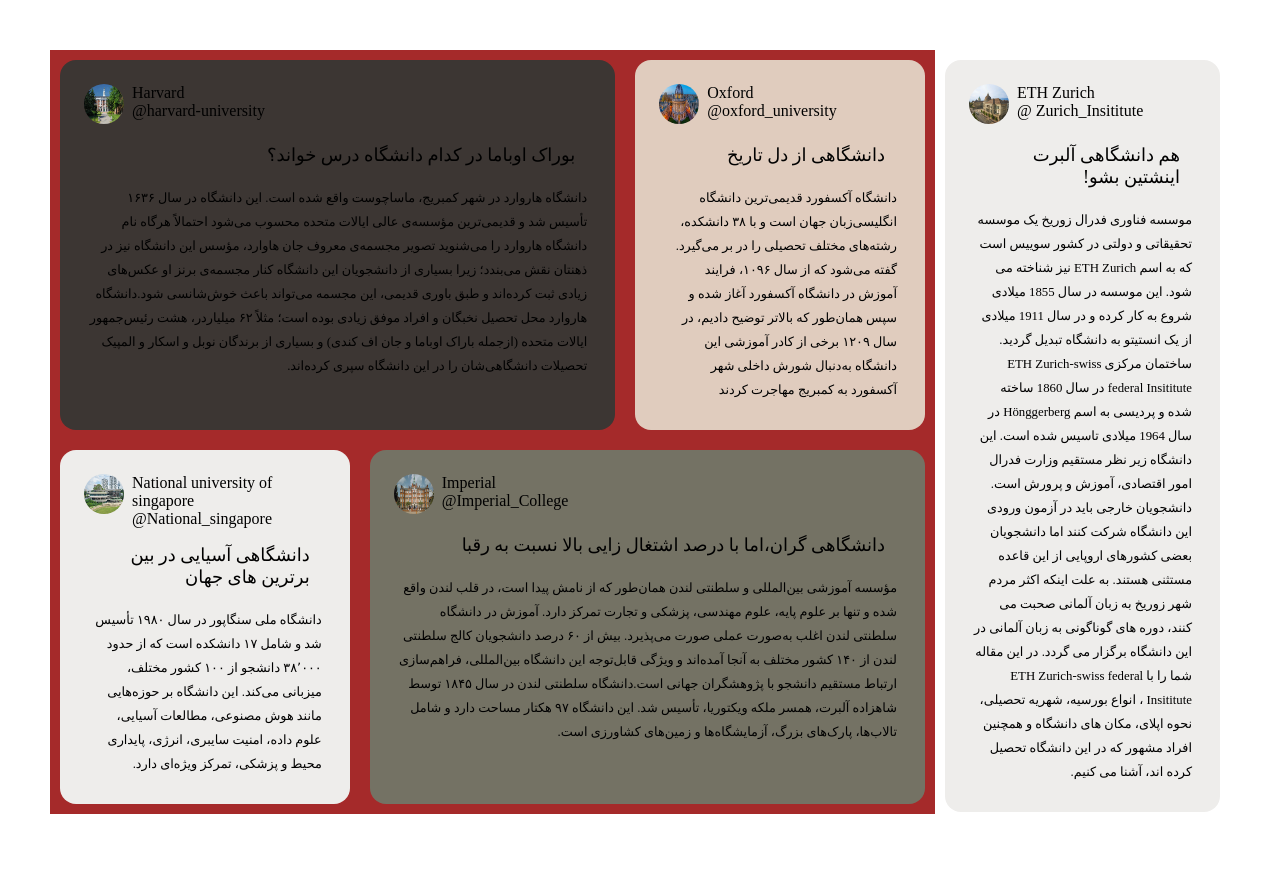
Repository: rahanwz/cards
Page: cards.html
The author's editor kept a copy of each file at every save. The page is drawn from the files as they stood at one save, then again after the next save.
The browser window is 1280 px wide. The pictures show the whole page.

Above is the page before, as saved 2024-02-17 14:59:43.

### cards.html
<!DOCTYPE html>
<html lang="en">
  <head>
    <meta charset="UTF-8" />
    <meta name="viewport" content="width=device-width, initial-scale=1.0" />
    <title>Document</title>
    <link rel="stylesheet" href="cards.css" />
  </head>
  <body>
    <div class="container">
      <div class="boxcard1">
        <div class="cardcontainer big-card">
          <div class="card1">
            <div class="head">
              <div class="profile">
                <div class="profilecontaner">
                  <img
                    src="harvard-university-6591e0b9df73096be8d614ee.webp"
                    alt=""
                  />
                </div>
              </div>

              <div>
                <div class="user">Harvard</div>
                <div class="id">@harvard-university</div>
              </div>
            </div>
            <div class="descrip1">بوراک اوباما در کدام دانشگاه درس خواند؟</div>
            <div class="descrip2">
              دانشگاه هاروارد در شهر کمبریج، ماساچوست واقع شده است. این دانشگاه
              در سال ۱۶۳۶ تأسیس شد و قدیمی‌ترین مؤسسه‌ی عالی ایالات متحده محسوب
              می‌شود احتمالاً هرگاه نام دانشگاه هاروارد را می‌شنوید تصویر
              مجسمه‌ی معروف جان هاوارد، مؤسس این دانشگاه نیز در ذهنتان نقش
              می‌بندد؛ زیرا بسیاری از دانشجویان این دانشگاه کنار مجسمه‌ی برنز او
              عکس‌های زیادی ثبت کرده‌اند و طبق باوری قدیمی، این مجسمه می‌تواند
              باعث خوش‌شانسی شود.دانشگاه هاروارد محل تحصیل نخبگان و افراد موفق
              زیادی بوده است؛ مثلاً ۶۲ میلیاردر، هشت‌ رئیس‌جمهور ایالات متحده
              (ازجمله باراک اوباما و جان اف کندی) و بسیاری از برندگان نوبل و
              اسکار و المپیک تحصیلات دانشگاهی‌شان را در این دانشگاه سپری
              کرده‌اند.
            </div>
          </div>
        </div>

        <div class="cardcontainer small-card">
          <div class="card2">
            <div class="head">
              <div class="profile">
                <div class="profilecontaner">
                  <img
                    src="oxford-university-jpg-6591b422df73096be8d6145c.webp"
                    alt=""
                  />
                </div>
              </div>
              <div>
                <div class="user">Oxford</div>
                <div class="id">@oxford_university</div>
              </div>
            </div>
            <div class="descrip1">دانشگاهی از دل تاریخ</div>
            <div class="descrip2">
              دانشگاه آکسفورد قدیمی‌ترین دانشگاه انگلیسی‌زبان جهان است و با ۳۸
              دانشکده، رشته‌های مختلف تحصیلی را در بر می‌گیرد. گفته می‌شود که از
              سال ۱۰۹۶، فرایند آموزش در دانشگاه آکسفورد آغاز شده و سپس همان‌طور
              که بالاتر توضیح دادیم، در سال ۱۲۰۹ برخی از کادر آموزشی این دانشگاه
              به‌دنبال شورش داخلی شهر آکسفورد به کمبریج مهاجرت کردند
            </div>
          </div>
        </div>

        <div class="cardcontainer small-card">
          <div class="card3">
            <div class="head">
              <div class="profile">
                <div class="profilecontaner">
                  <img src="nus-6591f1acdf73096be8d61515.webp" alt="" />
                </div>
              </div>

              <div>
                <div class="user">National university of singapore</div>
                <div class="id">@National_singapore</div>
              </div>
            </div>
            <div class="descrip1">دانشگاهی آسیایی در بین برترین های جهان</div>
            <div class="descrip2">
              دانشگاه ملی سنگاپور در سال ۱۹۸۰ تأسیس شد و شامل ۱۷ دانشکده‌ است که
              از حدود ۳۸٬۰۰۰ دانشجو از ۱۰۰ کشور مختلف، میزبانی می‌کند. این
              دانشگاه بر حوزه‌هایی مانند هوش مصنوعی، مطالعات آسیایی، علوم داده،
              امنیت سایبری، انرژی، پایداری محیط و پزشکی، تمرکز ویژه‌ای دارد.
            </div>
          </div>
        </div>
        <div class="cardcontainer big-card">
          <div class="card4">
            <div class="head">
              <div class="profile">
                <div class="profilecontaner">
                  <img
                    src="imperial-college-london-6591e911df73096be8d614fb.webp"
                    alt=""
                  />
                </div>
              </div>

              <div>
                <div class="user">Imperial</div>
                <div class="id">@Imperial_College</div>
              </div>
            </div>
            <div class="descrip1">
              دانشگاهی گران،اما با درصد اشتغال زایی بالا نسبت به رقبا
            </div>
            <div class="descrip2">
              مؤسسه آموزشی بین‌المللی و سلطنتی لندن همان‌طور که از نامش پیدا
              است، در قلب لندن واقع شده و تنها بر علوم پایه، علوم مهندسی، پزشکی
              و تجارت تمرکز دارد. آموزش در دانشگاه سلطنتی لندن اغلب به‌صورت عملی
              صورت می‌پذیرد. بیش از ۶۰ درصد دانشجویان کالج سلطنتی لندن از ۱۴۰
              کشور مختلف به آنجا آمده‌اند و ویژگی قابل‌توجه این دانشگاه
              بین‌المللی، فراهم‌سازی ارتباط مستقیم دانشجو با پژوهشگران جهانی
              است.دانشگاه سلطنتی لندن در سال ۱۸۴۵ توسط شاهزاده آلبرت، همسر ملکه
              ویکتوریا، تأسیس شد. این دانشگاه ۹۷ هکتار مساحت دارد و شامل
              تالاب‌ها، پارک‌های بزرگ، آزمایشگاه‌ها و زمین‌های کشاورزی است.
            </div>
          </div>
        </div>
      </div>
      <div class="boxcard2">
        <div class="cardcontainer">
          <div class="card5">
            <div class="head">
              <div class="profile">
                <div class="profilecontaner">
                  <img src="zurich-eth-6591f083df73096be8d6150c.webp" alt="" />
                </div>
              </div>

              <div>
                <div class="user">ETH Zurich</div>
                <div class="id">@ Zurich_Insititute</div>
              </div>
            </div>
            <div class="descrip1" style=" ">هم دانشگاهی آلبرت اینشتین بشو!</div>
            <div class="descrip2">
              موسسه فناوری فدرال زوریخ یک موسسه تحقیقاتی و دولتی در کشور سوییس
              است که به اسم ETH Zurich نیز شناخته می شود. این موسسه در سال 1855
              میلادی شروع به کار کرده و در سال 1911 میلادی از یک انستیتو به
              دانشگاه تبدیل گردید. ساختمان مرکزی ETH Zurich-swiss federal
              Insititute در سال 1860 ساخته شده و پردیسی به اسم Hönggerberg در
              سال 1964 میلادی تاسیس شده است. این دانشگاه زیر نظر مستقیم وزارت
              فدرال امور اقتصادی، آموزش و پرورش است. دانشجویان خارجی باید در
              آزمون ورودی این دانشگاه شرکت کنند اما دانشجویان بعضی کشورهای
              اروپایی از این قاعده مستثنی هستند. به علت اینکه اکثر مردم شهر
              زوریخ به زبان آلمانی صحبت می کنند، دوره های گوناگونی به زبان
              آلمانی در این دانشگاه برگزار می گردد. در این مقاله شما را با ETH
              Zurich-swiss federal Insititute ، انواع بورسیه، شهریه تحصیلی، نحوه
              اپلای، مکان های دانشگاه و همچنین افراد مشهور که در این دانشگاه
              تحصیل کرده اند، آشنا می کنیم.
            </div>
          </div>
        </div>
      </div>
    </div>
  </body>
</html>

### cards.css
* {
  padding: 0;
  margin: 0;
  box-sizing: border-box;
}

.container {
  display: flex;
  flex-direction: column;
  width: 100%;
  height: auto;
  padding: 3rem 2.5rem;
}

.head {
  display: flex;
}

.cardcontainer {
  width: 100%;
  padding: 10px;
}

.card1 {
  background-color: #3c3633;
  padding: 1.5rem;
  border-radius: 1rem;
}
.profile img {
  width: 40px;
  height: 40px;
  margin-right: 0.5rem;
  border-radius: 50%;
}

.descrip {
  padding-top: 1.5rem;
}

.card2 {
  background-color: #e0ccbe;
  padding: 1.5rem;
  border-radius: 1rem;
}
.card3 {
  background-color: #eeedeb;
  padding: 1.5rem;
  border-radius: 1rem;
}
.card4 {
  padding: 1.5rem;
  border-radius: 1rem;
  background-color: #747264;
}

.card5 {
  background-color: #eeedeb;
  padding: 1.5rem;
  border-radius: 1rem;
}

@media (min-width: 1024px) {
  .container {
    flex-direction: row;
    padding: 50px;
    height: 100%;
  }

  .boxcard1 {
    display: flex;
    width: 75%;
    height:20%;
    flex-wrap: wrap;
    background-color: brown;
  }

  .boxcard2 {
    width: 25%;
      height: 65%;
  }

  .big-card {
    width: 65%;
  }
  .small-card {
    width: 35%;
  }
  .card1,.card2,.card3,.card4,.card5{
    height: 100%;
  }

}
.descrip1,
.descrip2 {
  direction: rtl;
}

.descrip1{
 font-size:18px;
 padding: 1rem;

}

.descrip2{
  padding: .25rem;
  font-size:.80rem;
  line-height:1.5rem;
}

After the next save:
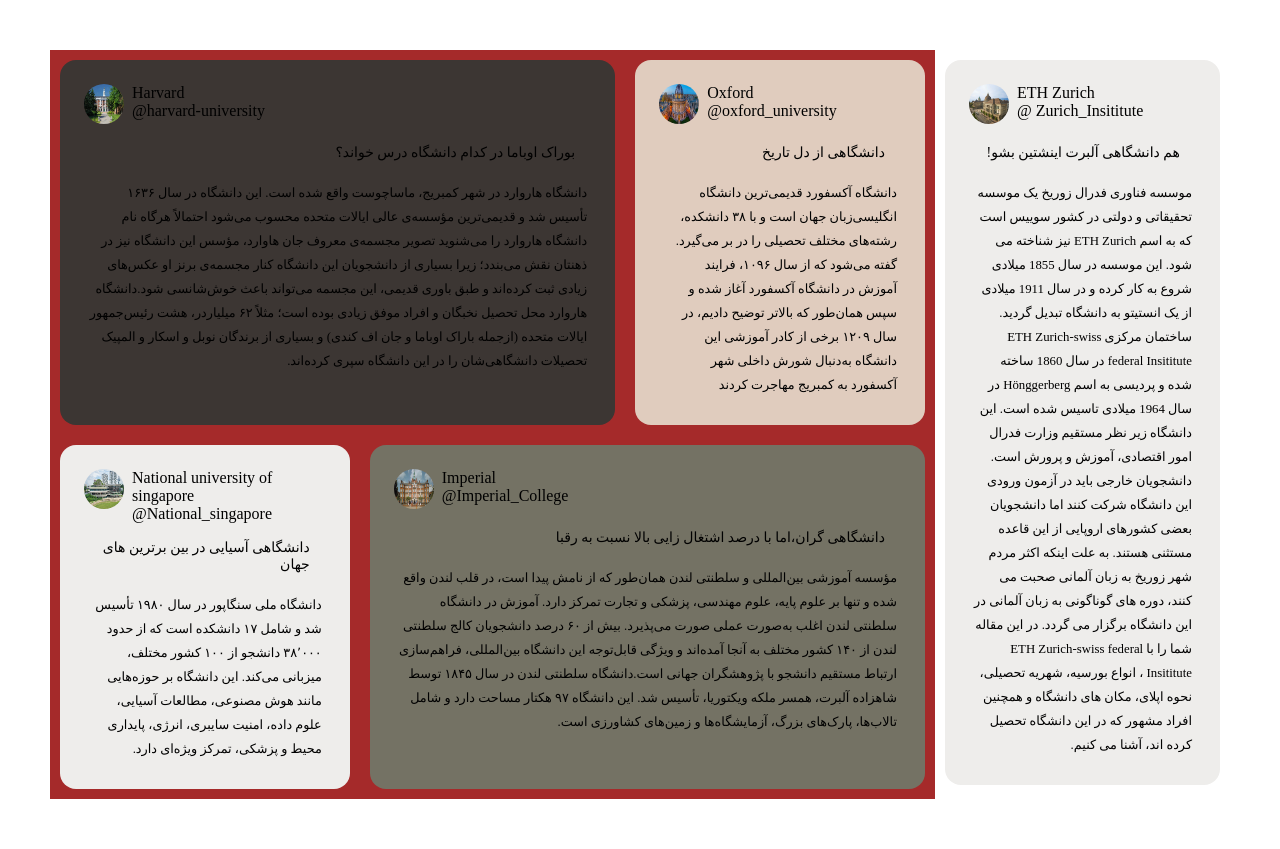
Saved 14 s later.
--- a/cards.css
+++ b/cards.css
@@ -96,7 +96,7 @@
 }
 
 .descrip1{
- font-size:18px;
+ font-size:14px;
  padding: 1rem;
 
 }
